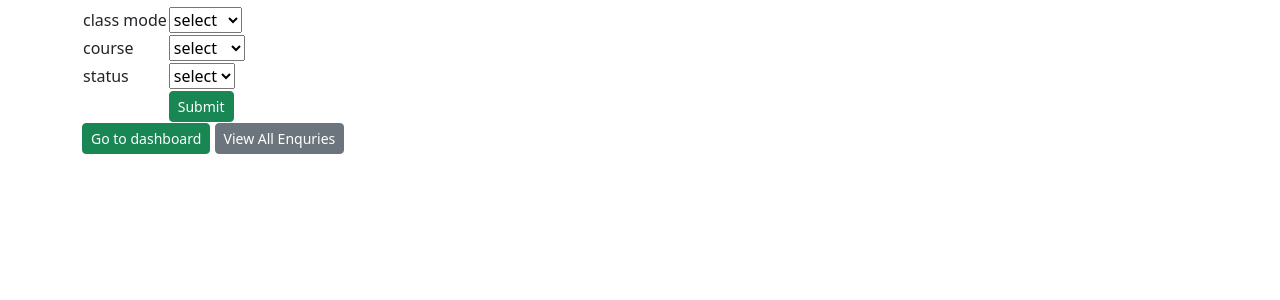
Repository: SaiKumarMupparapu/mini_projects
Page: http://localhost/edit
These files come from the project's save history. The page is drawn as it stood at one moment and after the next save; the edit follows.
The browser window is 1280 px wide. The pictures show the whole page.
The page is this project's Thymeleaf template; nobody is signed in. The template is opened directly, without the code that normally fills it, so the values that code supplies are empty.

Above is the page before, as saved 2024-03-27 06:22:57.

### Mini_project_counsellors_portal/src/main/resources/templates/edit.html
<!doctype html>
<html lang="en">

<head>
	<meta charset="utf-8">
	<meta name="viewport" content="width=device-width, initial-scale=1">
	<title>Edit Enquiry Page</title>
	<link href="https://cdn.jsdelivr.net/npm/bootstrap@5.3.3/dist/css/bootstrap.min.css" rel="stylesheet"
		integrity="sha384-QWTKZyjpPEjISv5WaRU9OFeRpok6YctnYmDr5pNlyT2bRjXh0JMhjY6hW+ALEwIH" crossorigin="anonymous">
</head>

<body>
  <div class="container">
    <b th:text="${smsg}" style="color: green;"></b>
    <b th:text="${emsg}" style="color: red;"></b>

  </div>
  <div class="container">
    <table>
      <form th:object="${enquiry}" th:action="@{/update}" method="post">
		<tr>
			<td></td>
			<td><input type="hidden" th:field="*{eId}" th></td>
		</tr>
        <tr>
          <td><input type="hidden"  th:field="*{name}"></td>
        </tr>
        <tr>
          <td><input type="hidden"  th:field="*{phno}"></td>
        </tr>
        <tr>
          <td>class mode</td>
          <td>
            <select th:field="*{classMode}">
			  <option value="">select</option>
			  <option value="Online">Online</option>
			  <option value="Offline">Offline</option>
            </select>
          </td>
        </tr>
        <tr>
          <td>course</td>
          <td>
            <select th:field="*{course}" required>
			          <option value="">select</option>
			          <option value="Java">Java</option>
			          <option value="Python">Python</option>
			          <option value="PHP">PHP</option>
            </select>
          </td>
        </tr>
        <tr>
          <td>status</td>
          <td>
            <select th:field="*{status}" required>
			 <option value="">select</option>
			 <option value="New">New</option>
			 <option value="Old">Old</option>
			 <option value="Lost">Lost</option>
            </select>
          </td>
        </tr>
        <tr>
          <td></td>
          <td><input type="submit" class="btn btn-sm btn-success"></td>
        </tr>
      </form>
    </table>
  </div>
	<div class="container">
		<a href="home" class="btn btn-sm btn-success">Go to dashboard</a>
		<a href="/viewenquiry" class="btn btn-sm btn-secondary">View All Enquries</a>
	</div>
  <br>


	<script src="https://cdn.jsdelivr.net/npm/bootstrap@5.3.3/dist/js/bootstrap.bundle.min.js"
		integrity="sha384-YvpcrYf0tY3lHB60NNkmXc5s9fDVZLESaAA55NDzOxhy9GkcIdslK1eN7N6jIeHz"
		crossorigin="anonymous"></script>
</body>

</html>

After the next save:
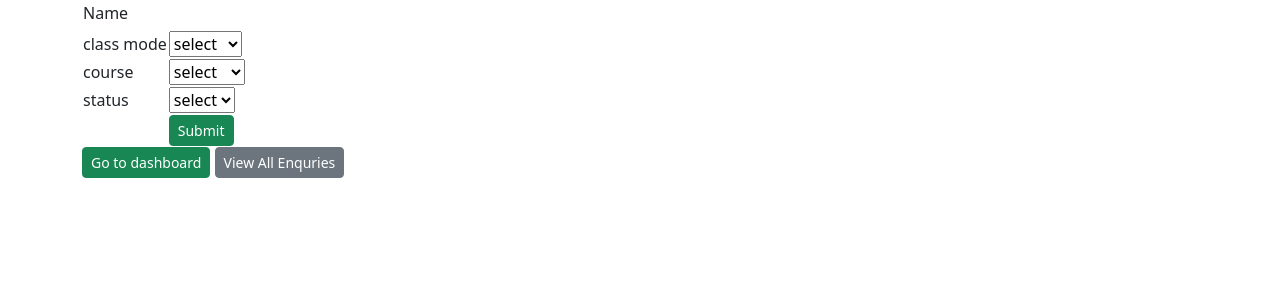
Saved 4 s later.
--- a/Mini_project_counsellors_portal/src/main/resources/templates/edit.html
+++ b/Mini_project_counsellors_portal/src/main/resources/templates/edit.html
@@ -19,7 +19,7 @@
     <table>
       <form th:object="${enquiry}" th:action="@{/update}" method="post">
 		<tr>
-			<td></td>
+			<td>Name</td>
 			<td><input type="hidden" th:field="*{eId}" th></td>
 		</tr>
         <tr>
